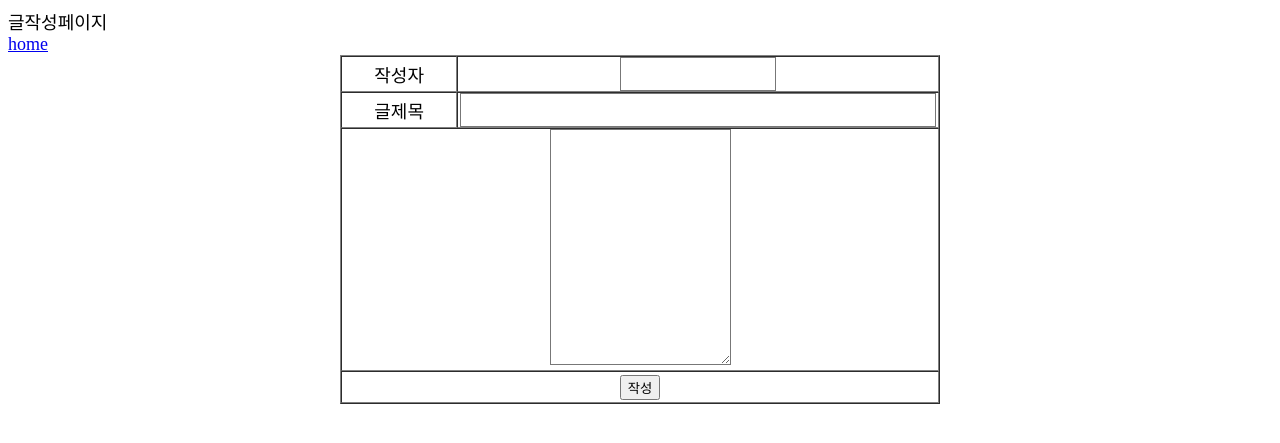
Repository: SniperDitto/save
Page: http://localhost/Boards0425/02_client/01_boards/write.jsp
These files come from the project's save history. The page is drawn as it stood at one moment and after the next save; the edit follows.
The browser window is 1280 px wide. The pictures show the whole page.
The page is served by Tomcat 9. Other server files are loaded and not shown.

Above is the page before, as saved 2022-04-26 01:00:28.

### 2022JAVA_YSH 1/JAVA/Web/Boards0425/WebContent/02_client/01_boards/write.jsp
<%@ page language="java" contentType="text/html; charset=UTF-8"
    pageEncoding="UTF-8"%>
<!DOCTYPE html>
<html>
<head>
<meta charset="UTF-8">
<title>글작성</title>
<link rel="stylesheet" type="text/css" href="../css/board.css">
</head>
<body>
	<div>
		글작성페이지
	</div>
	<div>
		<a href="../../index.jsp">home</a>
	</div>
	<form method="post" action="./write_ok.jsp">
	<table cellpadding="0" cellspacing="0" width="600px" align="center" border="1">
		<tr>
			<td width="120px" height="30px" align="center">작성자</td>
			<td width="480px" height="30px" align="center">
				<input type="text" name="userID" id="userID" class="text1" style="width:150px;height:30px"/>
			</td>
		</tr>
		<tr>
			<td width="120px" height="30px" align="center">글제목</td>
			<td width="480px" height="30px" align="center">
				<input type="text" name="title" id="title" class="text1" style="width:470px;height:30px"/>
			</td>
		</tr>
		<tr>
			<td width="600" height="120px" align="center" colspan="2">
				<textarea name="content" id="content" class="text1" style="width:590;height:230px"></textarea>
			</td>
		</tr>
		<tr>
			<td width="600" height="30px" align="center" colspan="2">
				<input type="submit" value="작성"/>
			</td>
		</tr>
	</table>
	</form>
</body>
</html>

### 2022JAVA_YSH 1/JAVA/Web/Boards0425/WebContent/02_client/css/board.css
@charset "UTF-8";

body{
	font-size:18px;

}

.text1{
	border:1px solid #777;

}

After the next save:
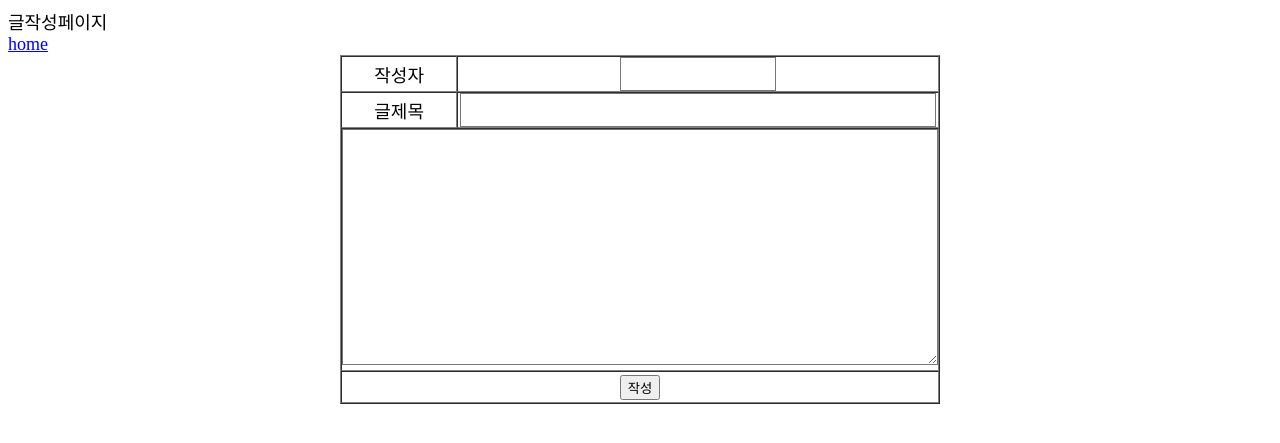
Saved 48 s later.
--- a/2022JAVA_YSH 1/JAVA/Web/Boards0425/WebContent/02_client/01_boards/write.jsp
+++ b/2022JAVA_YSH 1/JAVA/Web/Boards0425/WebContent/02_client/01_boards/write.jsp
@@ -30,7 +30,7 @@
 		</tr>
 		<tr>
 			<td width="600" height="120px" align="center" colspan="2">
-				<textarea name="content" id="content" class="text1" style="width:590;height:230px"></textarea>
+				<textarea name="content" id="content" class="text1" style="width:590px;height:230px"></textarea>
 			</td>
 		</tr>
 		<tr>
